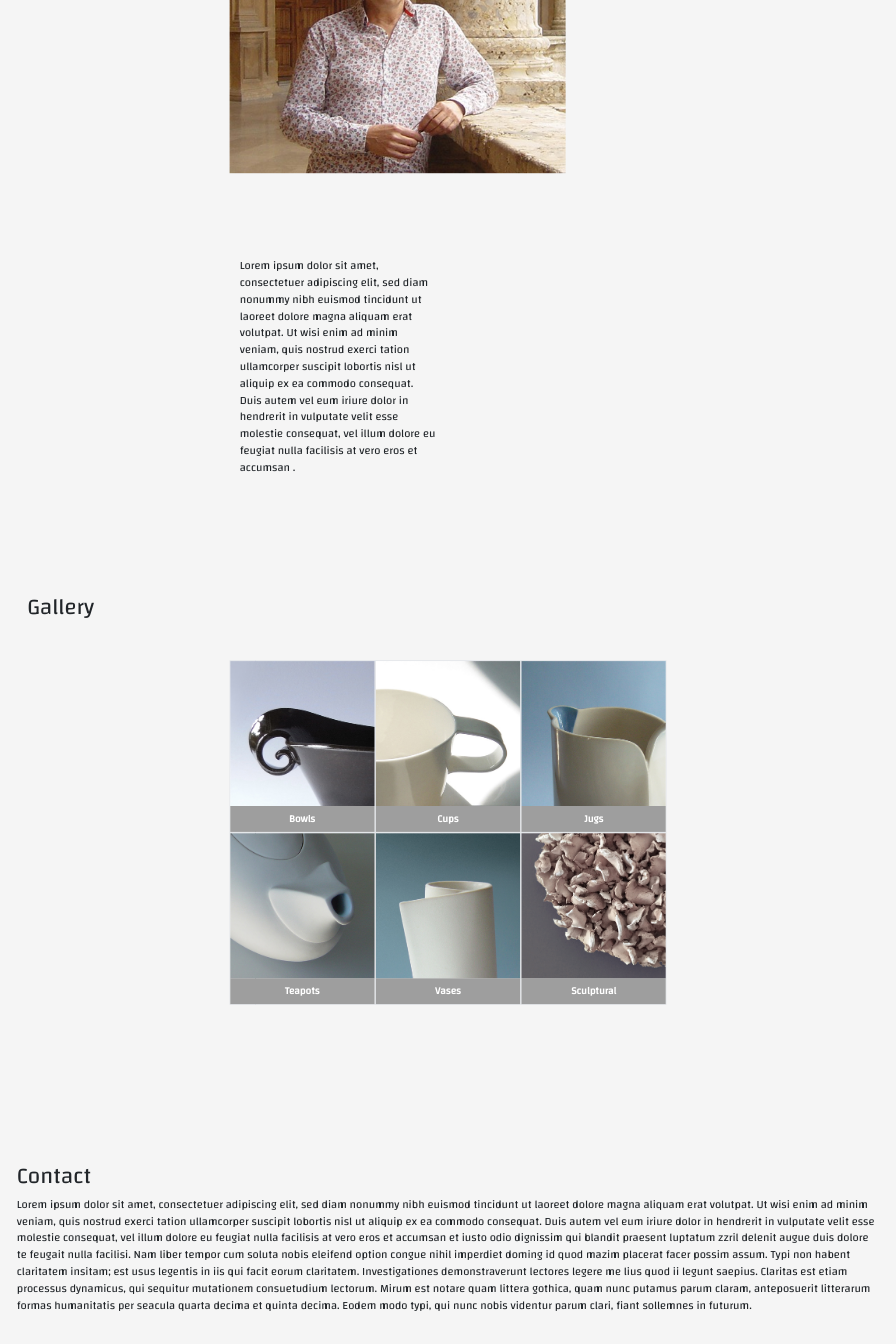
Repository: ManrOsca/ceramics
Page: MDB/index3.html
The author's editor kept a record of every edit. The page is drawn from the files as they stood at one moment, then again after the next edit.
The browser window is 1280 px wide. The pictures show the part of the page from y = 1588 to 3508 px (the page is 3508 px tall before and 3220 px after), at 70% of full size.
A picture or video elsewhere on the page could not be fetched, so the positions and the page height are approximate.

Above is the page before.

### MDB/index3.html
<!DOCTYPE html>
<html lang="en">

<head>
    <meta charset="utf-8">
    <meta name="viewport" content="width=device-width, initial-scale=1, shrink-to-fit=no">
    <meta http-equiv="x-ua-compatible" content="ie=edge">
    <title>
        <p class="changa text-uppercase">ITALO MANRIQUE - ceramics</p>
    </title>
    <!-- Font Awesome -->
    <link rel="stylesheet" href="https://maxcdn.bootstrapcdn.com/font-awesome/4.7.0/css/font-awesome.min.css">
    <!-- Bootstrap core CSS -->
    <link href="css/bootstrap.min.css" rel="stylesheet">
    <!-- Material Design Bootstrap -->
    <link href="css/mdb.min.css" rel="stylesheet">
    <!-- Your custom styles (optional) -->
    <link rel="stylesheet" href="css/animate.css" type="text/css" />
    <link href="https://fonts.googleapis.com/css?family=Changa" rel="stylesheet">
    <link href="css/style.css" rel="stylesheet">
</head>

<body class="grey lighten-4">
    <!--Main Navigation-->
    <header class="fixed-top">

        <h2 class="changa grey lighten-4 py-4 px-4 upper">Italo Manrique</h2>
        <nav class="navbar navbar-expand navbar-light grey lighten-2">

                <ul class="navbar-nav mr-auto">
                    <li class="nav-item">
                        <a class="nav-link changa" href="index3.html#home">Home</a>
                    </li>
                    <li class="nav-item">
                        <a class="nav-link changa" href="index3.html#about">About</a>
                    </li>
                    <li class="nav-item">
                        <a class="nav-link changa" href="index3.html#gallery">Gallery</a>
                    </li>
                    <li class="nav-item">
                        <a class="nav-link changa" href="index3.html#contact">Contact</a>
                    </li>
                </ul>
        </nav>
    </header>
    <!--Main Navigation-->

    <!--Main layout-->
    <main>
        <span class="anchor" id="home"></span>
        <home>
            <div class="landing-text">
                <img src="img/home.jpg" class="container-fluid"></img>
                <p class="px-4 pb-4">Lorem ipsum dolor sit amet, consectetur adipisicing elit.</p>
            </div>

        </home>
        <!--
        <section id="about">
            <about class="px-4">
                <h2 class="px-4">About</h2>
                <div class="row container-fluid">
                    <div class="col-sm-6">
                        <img src="img/about.jpeg"></img>
                    </div>
                    <div class="col-sm-6">
                        <br> <br><br><br><br>
                        <p class="changa">
                            Lorem ipsum dolor sit amet, consectetuer adipiscing elit, sed diam nonummy nibh euismod tincidunt ut laoreet dolore magna aliquam erat volutpat. Ut wisi enim ad minim veniam, quis nostrud exerci tation ullamcorper suscipit lobortis nisl ut aliquip ex
                            ea commodo consequat. Duis autem vel eum iriure dolor in hendrerit in vulputate velit esse molestie consequat, vel illum dolore eu feugiat nulla facilisis at vero eros et accumsan .
                        </p>
                    </div>
                </div>
            </about>
        </section>

-->
         <span class="anchor" id="about"></span>
        <section>
            <div class="container-fluid">
                <h2 class="px-4 py-4">About</h2>
                <div class="row mx-auto" style="width: 50%">
                    <div class="col-xs-6">
                        <img src="img/about.jpeg"></img>
                    </div>
                    <div class="col-sm-6">
                        <br> <br><br><br><br>
                        <p class="changa">
                            Lorem ipsum dolor sit amet, consectetuer adipiscing elit, sed diam nonummy nibh euismod tincidunt ut laoreet dolore magna aliquam erat volutpat. Ut wisi enim ad minim veniam, quis nostrud exerci tation ullamcorper suscipit lobortis nisl ut aliquip ex
                            ea commodo consequat. Duis autem vel eum iriure dolor in hendrerit in vulputate velit esse molestie consequat, vel illum dolore eu feugiat nulla facilisis at vero eros et accumsan .
                        </p>
                    </div>
                </div>
            </div>
        </section>

         <span class="anchor" id="gallery"></span>
        <section>
            <div class="container-fluid animated zoomInRight">

                <h2 class="px-4 py-4">Gallery</h2><br>

                <div class="row mx-auto"  style="width: 50%;" >
                    <div class="col-xs-4 col-md-4 col-lg-4 px-0">
                        <a href="index3.html#gallery">
                            <div class="img-thumbnail">
                                <img src="img/gallery-menu-bowls.jpg" alt="bowls" class="img-fluid"></img>
                        </a>
                        <figcaption class="figure-caption grey text-center py-2 px-1">Bowls</figcaption>
                        </div>
                    </div>

                    <div class="col-xs-4 col-md-4 col-lg-4 px-0">
                        <a href="index3.html#gallery">
                            <div class="img-thumbnail">
                                <img src="img/gallery-menu-cups.jpg" alt="cups" class="img-fluid"></img>
                        </a>
                        <figcaption class="figure-caption grey text-center py-2 px-1">Cups</figcaption>
                        </div>
                    </div>

                    <div class="col-xs-4 col-md-4 col-lg-4 px-0">
                        <a href="gallery3.html#jugs">
                            <div class="img-thumbnail">
                                <img src="img/gallery-menu-jugs.jpg" alt="jugs" class="img-fluid"></img>
                        </a>
                        <figcaption class="figure-caption grey text-center py-2 px-1">Jugs</figcaption>
                        </div>
                    </div>

                    <div class="col-xs-4 col-md-4 col-lg-4 px-0">
                        <a href="gallery3.html#teapots">
                            <div class="img-thumbnail">
                                <img src="img/gallery-menu-teapots.jpg" alt="teapots" class="img-fluid"></img>
                        </a>
                        <figcaption class="figure-caption grey text-center py-2 px-1">Teapots</figcaption>
                        </div>
                    </div>

                    <div class="col-xs-4 col-md-4 col-lg-4 px-0">
                        <a href="index3.html#gallery">
                            <div class="img-thumbnail">
                                <img src="img/gallery-menu-vases.jpg" alt="vases" class="img-fluid"></img>
                        </a>
                        <figcaption class="figure-caption grey text-center py-2 px-1">Vases</figcaption>
                        </div>
                    </div>

                    <div class="col-xs-4 col-md-4 col-lg-4 px-0">
                        <a href="index3.html#gallery">
                            <div class="img-thumbnail">
                                <img src="img/gallery-menu-sculptural.jpg" alt="sculptural" class="img-fluid"></img>
                        </a>
                        <figcaption class="figure-caption grey text-center py-2 px-1">Sculptural</figcaption>
                        </div>
                    </div>
                </div>




            </div>
            <!-- container -->
        </section>

        <span class="anchor" id="contact"></span>
        <section>
            <contact class="container-fluid">
                <br><br><br><br>
                <h2 class="px-4">Contact</h2>
                <p class="px-4">
                    Lorem ipsum dolor sit amet, consectetuer adipiscing elit, sed diam nonummy nibh euismod tincidunt ut laoreet dolore magna aliquam erat volutpat. Ut wisi enim ad minim veniam, quis nostrud exerci tation ullamcorper suscipit lobortis nisl ut aliquip ex
                    ea commodo consequat. Duis autem vel eum iriure dolor in hendrerit in vulputate velit esse molestie consequat, vel illum dolore eu feugiat nulla facilisis at vero eros et accumsan et iusto odio dignissim qui blandit praesent luptatum
                    zzril delenit augue duis dolore te feugait nulla facilisi. Nam liber tempor cum soluta nobis eleifend option congue nihil imperdiet doming id quod mazim placerat facer possim assum. Typi non habent claritatem insitam; est usus legentis
                    in iis qui facit eorum claritatem. Investigationes demonstraverunt lectores legere me lius quod ii legunt saepius. Claritas est etiam processus dynamicus, qui sequitur mutationem consuetudium lectorum. Mirum est notare quam littera
                    gothica, quam nunc putamus parum claram, anteposuerit litterarum formas humanitatis per seacula quarta decima et quinta decima. Eodem modo typi, qui nunc nobis videntur parum clari, fiant sollemnes in futurum.
                </p>


            </contact>
        </section>
        </div>
        <!--Main container-->

    </main>
    <!--Main layout-->

    <!--Footer-->
    <footer>

    </footer>
    <!--Footer-->






    <!-- SCRIPTS -->
    <!-- JQuery -->
    <script type="text/javascript" src="js/jquery-3.2.1.min.js"></script>
    <!-- Bootstrap tooltips -->
    <script type="text/javascript" src="js/popper.min.js"></script>
    <!-- Bootstrap core JavaScript -->
    <script type="text/javascript" src="js/bootstrap.min.js"></script>
    <!-- MDB core JavaScript -->
    <script type="text/javascript" src="js/mdb.min.js"></script>
</body>

</html>

### MDB/css/style.css
/* Your custom styles */

.changa {
    font-family: 'Changa', sans-serif;
}
/*
.col-sm-4 {
padding: 2px;
}
    */
.grey-text {
  color: #9e9e9e !important;
}
html body {
  font-family: 'Changa', sans-serif;
}

.figure-caption {
  font-size: 90%;
  color: #fff;
/*  text-transform: uppercase; */
  font-weight: 600;
}
.img-thumbnail {
  border-radius: 0;
  padding: 0px !important;
  background-color: inherit;
}
.img-thumbnail img {
  max-height: 100%;
  max-width: 100%;
}

nav {
  margin-top: -0.50em;
}
.col-lg-2, .col-sm-4 {
  padding-left: 0px;
  padding-right: 0px;
}
/*
html,
body,
header,
#intro {
  height: 100%;
}

.home-bg {
   background: url("../img/home.jpg") no-repeat center center fixed;
    background-size: cover;
    -webkit-background-size: cover;
    -moz-background-size: cover;
    -o-background-size: cover;
}
.landing-text {
    text-align: center;
    position: absolute;
    top: 50%;
    left: 50%;
    transform: translate(-50%, -50%);
    color: grey;
}
   */

.push-down-10 {
  padding-top: 10rem;
}
.push-down-5{
  padding-top: 5rem;
}

.push-down-20 {
  padding-top: 20rem;
}
.img-thumbnail {
  max-width: none;
}

thumbnail {
  padding: 1rem;
}

div a img {
  width: 100%;
  display:block;
}
gallery {
  width:100%;
  display:flex;
  flex-flow: row wrap;
}


/* Remove Lightbox white frame */
.lightbox .lb-image {
  border: none;
}
.anchor{
   display:block;
   height:130px; /* this is the height of the header */
/*   margin-top:-142px; /* this is again negative value of the height of the header */
   visibility:hidden;
}
.upper {
    text-transform: uppercase;
}

.nav-link, .navbar {
    padding: 0;
}
/*
html,
body,
header,
#intro {
  height: 100%;
}
#intro{
  background: url("img/home.jpeg") no-repeat center center fixed;
  -webkit-background-size: cover;
  -moz-background-size: cover;
  -o-background-size: cover;
  background-size: cover;
}
@import url('https://fonts.googleapis.com/css?family=Yantramanav:100');
@import url('https://fonts.googleapis.com/css?family=Montserrat:400');
    */


/*--- Media Queries --
@media screen and (max-width: 900px) {

}
@media screen and (max-width: 768px) {

}
@media screen and (max-width: 480px) {

}
*/

Loaded but not shown: MDB/css/bootstrap.min.css (library); MDB/css/mdb.min.css (library); MDB/css/animate.css (library); MDB/js/jquery-3.2.1.min.js (library); MDB/js/popper.min.js (library); MDB/js/bootstrap.min.js (library); MDB/js/mdb.min.js (library)

After the next edit:
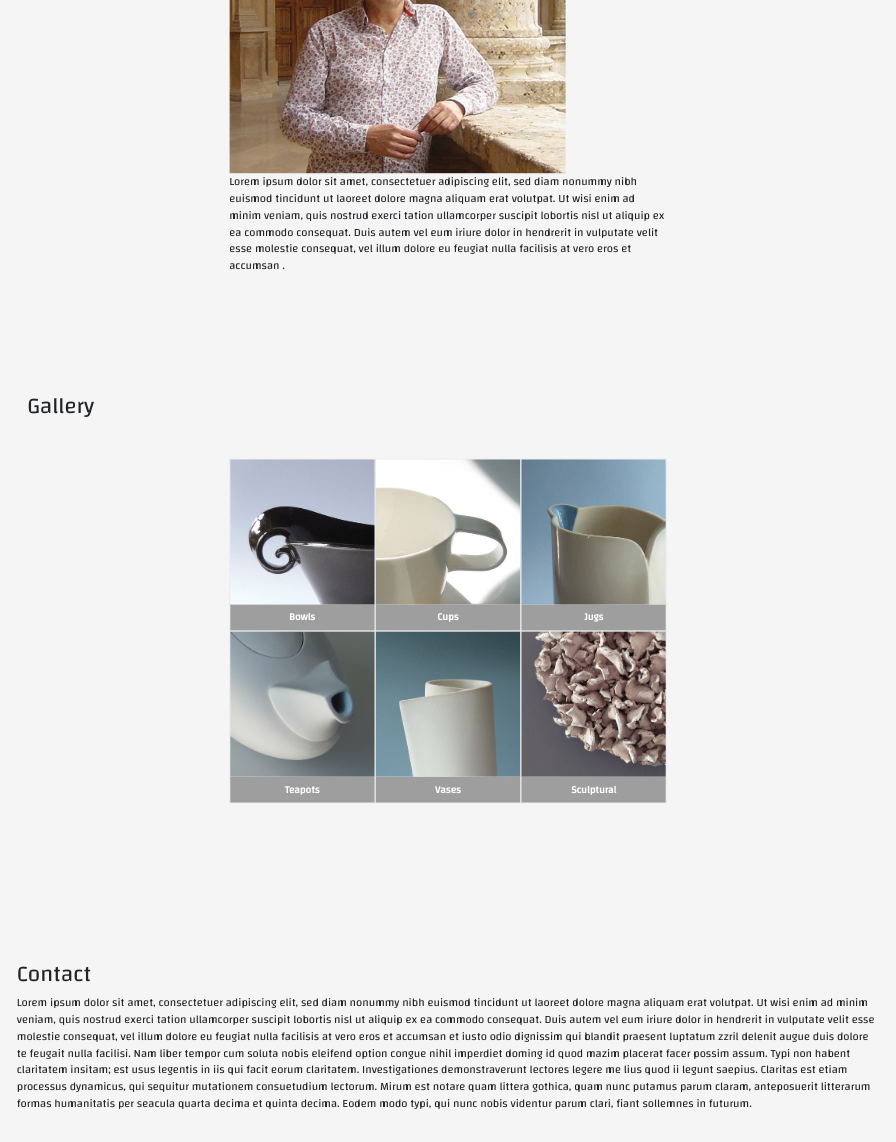
The edit:
--- a/MDB/index3.html
+++ b/MDB/index3.html
@@ -83,8 +83,9 @@
                     <div class="col-xs-6">
                         <img src="img/about.jpeg"></img>
                     </div>
-                    <div class="col-sm-6">
-                        <br> <br><br><br><br>
+                </div>
+                <div class="row mx-auto" style="width: 50%">
+                    <div class="col-xs-6">
                         <p class="changa">
                             Lorem ipsum dolor sit amet, consectetuer adipiscing elit, sed diam nonummy nibh euismod tincidunt ut laoreet dolore magna aliquam erat volutpat. Ut wisi enim ad minim veniam, quis nostrud exerci tation ullamcorper suscipit lobortis nisl ut aliquip ex
                             ea commodo consequat. Duis autem vel eum iriure dolor in hendrerit in vulputate velit esse molestie consequat, vel illum dolore eu feugiat nulla facilisis at vero eros et accumsan .
